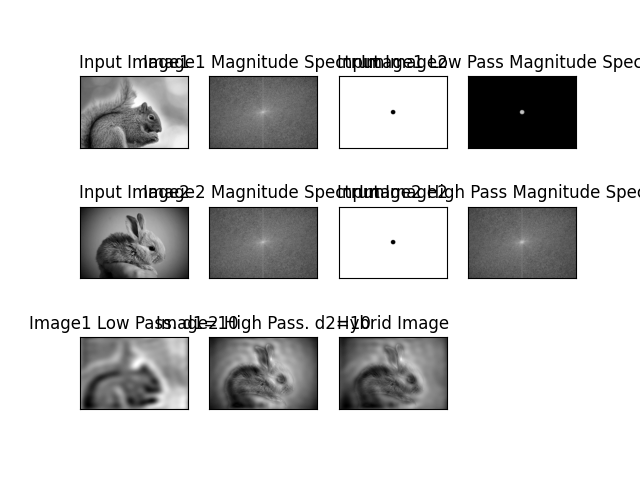
Repository: Yuer-yuan/CV
Script's output: python lab1-hybrid-image/gui/fft.py
An editor plug-in stored every save of this project. The script's output is shown before and after the next save, followed by the edit.
Random numbers start from a fixed seed. It also reads lab1-hybrid-image/gui/res/bunny1.png, lab1-hybrid-image/gui/res/squirrel1.png.

Above is the script's output before, as saved 2023-03-26 21:27:20.

After the next save:
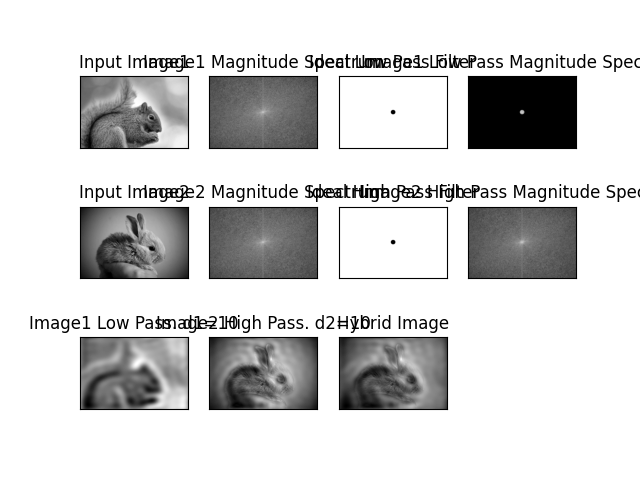
Saved 3 min 2 s later.
--- a/lab1-hybrid-image/gui/fft.py
+++ b/lab1-hybrid-image/gui/fft.py
@@ -60,7 +60,7 @@ def spectral_hybrid_image(image1, image2, d1, d2):  # ref: https://www.youtube.c
     plt.subplot(3, 4, 2), plt.imshow(np.log1p(np.abs(f2shift)), cmap='gray')
     plt.title('Image1 Magnitude Spectrum'), plt.xticks([]), plt.yticks([])
     plt.subplot(3, 4, 3), plt.imshow(h1, cmap='gray')
-    plt.title('Input Image2'), plt.xticks([]), plt.yticks([])
+    plt.title('Ideal Low Pass Filter'), plt.xticks([]), plt.yticks([])
     plt.subplot(3, 4, 4), plt.imshow(np.log1p(np.abs(f1_filtered)), cmap='gray')
     plt.title('Image1 Low Pass Magnitude Spectrum'), plt.xticks([]), plt.yticks([])
     plt.subplot(3, 4, 5), plt.imshow(image2, cmap='gray')
@@ -68,7 +68,7 @@ def spectral_hybrid_image(image1, image2, d1, d2):  # ref: https://www.youtube.c
     plt.subplot(3, 4, 6), plt.imshow(np.log1p(np.abs(f2shift)), cmap='gray')
     plt.title('Image2 Magnitude Spectrum'), plt.xticks([]), plt.yticks([])
     plt.subplot(3, 4, 7), plt.imshow(h2, cmap='gray')
-    plt.title('Input Image2'), plt.xticks([]), plt.yticks([])
+    plt.title('Ideal High Pass Filter'), plt.xticks([]), plt.yticks([])
     plt.subplot(3, 4, 8), plt.imshow(np.log1p(np.abs(f2_filtered)), cmap='gray')
     plt.title('Image2 High Pass Magnitude Spectrum'), plt.xticks([]), plt.yticks([])
     plt.subplot(3, 4, 9), plt.imshow(np.abs(f1_filtered_ifft), cmap='gray')
